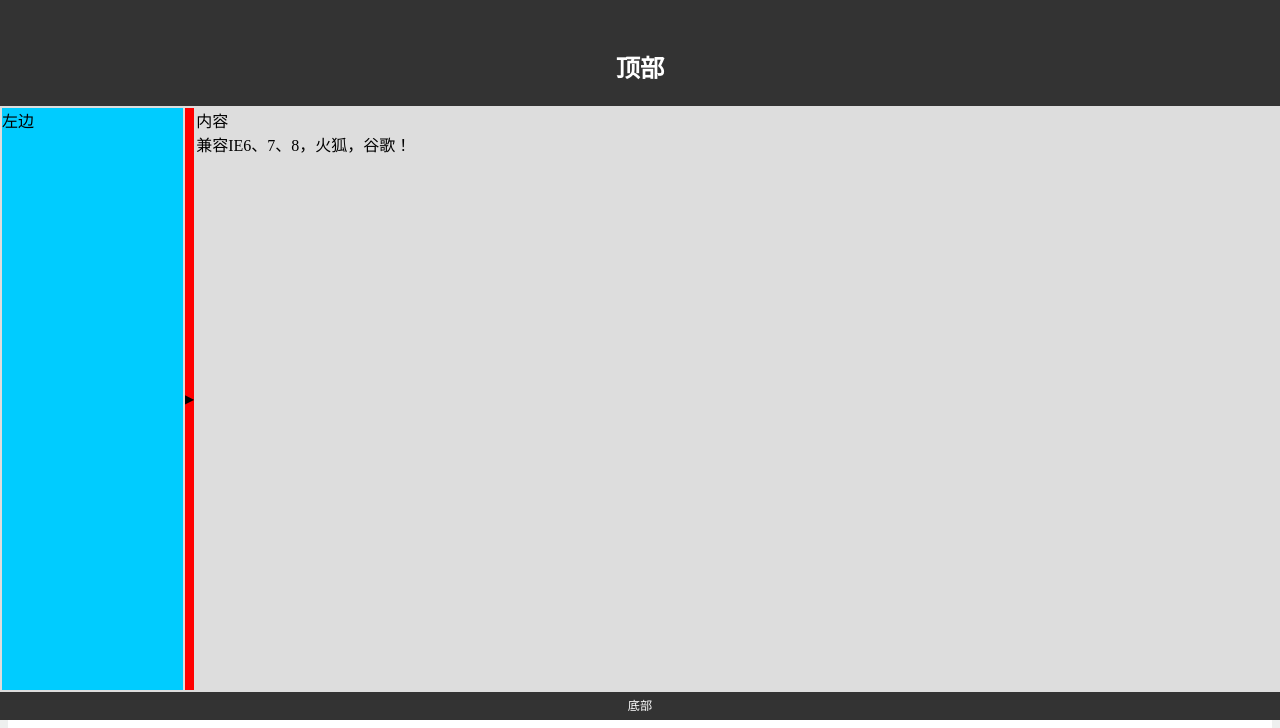
Repository: figo645/NewGenerationOA
Page: http://localhost/mavenweb/
These files come from the project's save history. The page is drawn as it stood at one moment and after the next save; the edit follows.
The browser window is 1280 px wide. The pictures show the whole page.
The page is served by Tomcat 9. Nobody is signed in. The application's start-up code is not run. Other server files are loaded and not shown.

Above is the page before, as saved 2015-09-24 05:09:53.

### 3.implementtation/prototype_ws/mavenweb/src/main/webapp/index.jsp
<%@ page contentType="text/html;charset=utf-8"%>
<html xmlns="http://www.w3.org/1999/xhtml";>
<head>
<title>自适应</title>
<style type="text/css">
html {
	height: 100%;
	max-height: 100%;
	padding: 0;
	margin: 0;
	border: 0;
	background: #eef0ef;
	font-size: 76%;
	overflow: hidden;
}

body {
	height: 100%;
	max-height: 100%;
	border: 0;
	overflow: hidden;
	background: #fff;
	padding: 0;
}
/*lay
--------------*/
#content {
	position: absolute;
	overflow: hidden;
	z-index: 3;
	top: 106px;
	left: 0;
	width: 100%;
	bottom: 28px;
	bottom: 28px\9;
	background: #ddd;
}

* html #content {
	top: 0;
	height: 100%;
	max-height: 100%;
	width: 100%;
	overflow: hidden;
	position: absolute;
	z-index: 3;
	border-top: 106px solid #fff;
	border-bottom: 28px solid #fff;
}

#header {
	position: absolute;
	margin: 0;
	top: 0;
	left: 0;
	display: block;
	width: 100%;
	height: 106px;
	line-height: 106px;
	background: #333;
	z-index: 5;
	overflow: hidden;
	color: #fff;
	text-align: center;
}

#footer {
	position: absolute;
	margin: 0;
	bottom: 0;
	left: 0;
	display: block;
	width: 100%;
	height: 28px;
	line-height: 28px;
	text-align: center;
	z-index: 5;
	overflow: hidden;
	color: #fff;
	background: #333;
}

/*中间表格*/
.main_tab {
	width: 100%;
	height: 100%;
}

.main_tab td {
	padding: 0px;
	margin: 0px;
	vertical-align: top;
	height: 100%;
	max-height: 100%;
}

.main_tab td.td_left {
	width: 181px;
	background: #00CCFF;
}

.main_tab td.td_close {
	padding: 0px;
	width: 8px;
	vertical-align: middle;
	background: #ff0000;
	font-size: 12px;
	overflow: hidden;
}
</style>

<script type="text/javascript">
	function show() {
		if (document.getElementById("left").style.display == 'none') { //判断目前左边栏的状态（显示、隐藏）
			document.getElementById("left").style.display = 'block'; //显示左边栏
		} else {
			document.getElementById("left").style.display = 'none'; //隐藏左边栏
		}
	}
</script>
</head>
<body>
	<div id="header">
		<h1>顶部</h1>
	</div>
	<div id="content">
		<table cellpadding="0" cellpadding="0" border="0" class="main_tab">
			<tr>
				<td class="td_left" id="left" >
					<div class="menu_column">
						<div class="title"></div>
						<div class="menu_con">
							<div class="lef_nav">左边</div>
						</div>
					</div> <!--左边菜单 end-->
				</td>
				<!-- 点击缩进 -->
				<td class="td_close" onclick="show();">▶</td>
				<td>
					<div id="contenct">
						内容<br />兼容IE6、7、8，火狐，谷歌！
					</div>
				</td>
			</tr>
		</table>
	</div>
	<div id="footer">底部</div>
</body>
</html>

After the next save:
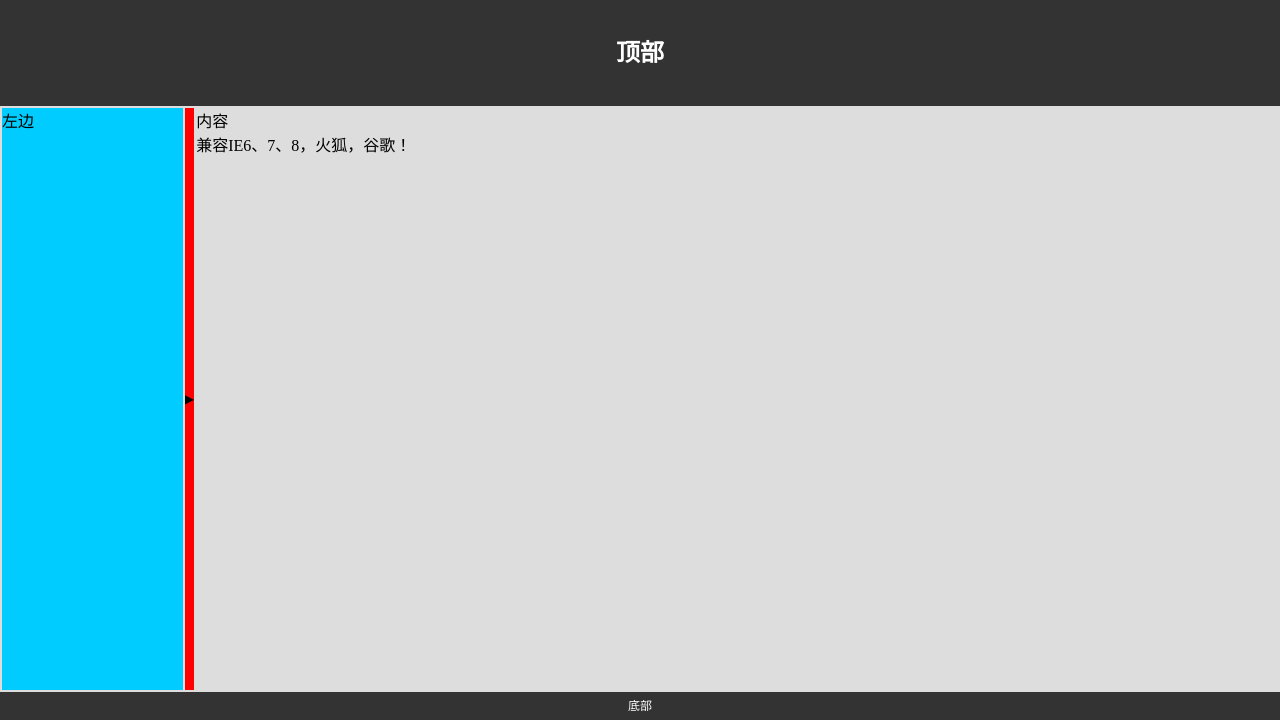
Saved 2 min 51 s later.
--- a/3.implementtation/prototype_ws/mavenweb/src/main/webapp/index.jsp
+++ b/3.implementtation/prototype_ws/mavenweb/src/main/webapp/index.jsp
@@ -107,6 +107,128 @@ body {
 	font-size: 12px;
 	overflow: hidden;
 }
+</style>
+
+<style type = "text/css">
+/*设置通配符样式*/
+*{
+    margin:0;
+    padding:0;
+}
+body{
+    font-size:12px;
+}
+ul{
+    list-style:none;
+}
+a{
+    text-decoration:none;
+}
+
+/*设置二级导航样式*/
+.nav {
+    width:500px;
+    height:30px;
+    background-color:#b4b4b4;
+    /*导航栏居中*/
+    margin:auto;
+}
+.nav ul li {
+    width:100px;
+    height:30px;
+    float:left;
+    position:relative;
+}
+.nav ul li a {
+    display:block;
+    width:96px;
+    border:2px solid gray;
+    height:26px;
+    line-height:26px;
+    text-align:center;
+}
+.nav ul li a:hover {
+    background-color:yellow;
+}
+
+/*设置一级导航样式*/
+.nav ul li ul{
+    display:none;
+}
+.nav ul li:hover ul{
+    display:block;
+    width:100px;
+    position:absolute;
+    top:30px;
+    left:0;
+    background-color:white;
+}
+.nav ul li:hover ul li a{
+    display:block;
+    width:96px;
+    height:26px;
+    line-height:26px;
+    border:2px solid gray;
+    text-align:center;
+}
+.nav ul li:hover ul li a:hover{
+    background-color:orange;
+}
+
+/*设置三级导航样式*/
+.nav ul li:hover ul li ul {
+    display:none;
+}
+.nav ul li:hover ul li:hover ul{
+    display:block;
+    width:100px;
+    position:absolute;
+    top:0px;
+    left:100px;
+    background-color:#b4b4b4;
+}
+.nav ul li:hover ul li:hover ul li {
+    width:100px;
+    height:30px;
+}
+.nav ul li:hover ul li:hover ul li a {
+    display:block;
+    width:96px;
+    height:26px;
+    line-height:26px;
+    border:2px solid gray;
+    text-align:center;
+}
+.nav ul li:hover ul li:hover ul li a:hover {
+    background-color:#00CC00;
+}
+.nav ul li:hover ul .nav_jw ul {
+    display:none;
+}
+.nav ul li:hover ul .nav_jw:hover ul{
+    display:block;
+    width:100px;
+    position:absolute;
+    top:0px;
+    left:-100px;
+    background-color:#b4b4b4;
+}
+.nav ul li:hover ul .nav_jw:hover ul li {
+    width:100px;
+    height:30px;
+}
+.nav ul li:hover ul .nav_jw:hover ul li a {
+    display:block;
+    width:96px;
+    height:26px;
+    line-height:26px;
+    border:2px solid gray;
+    text-align:center;
+}
+.nav ul li:hover ul .nav_jw:hover ul li a:hover {
+    background-color:#00CC00;
+}
+
 </style>
 
 <script type="text/javascript">
